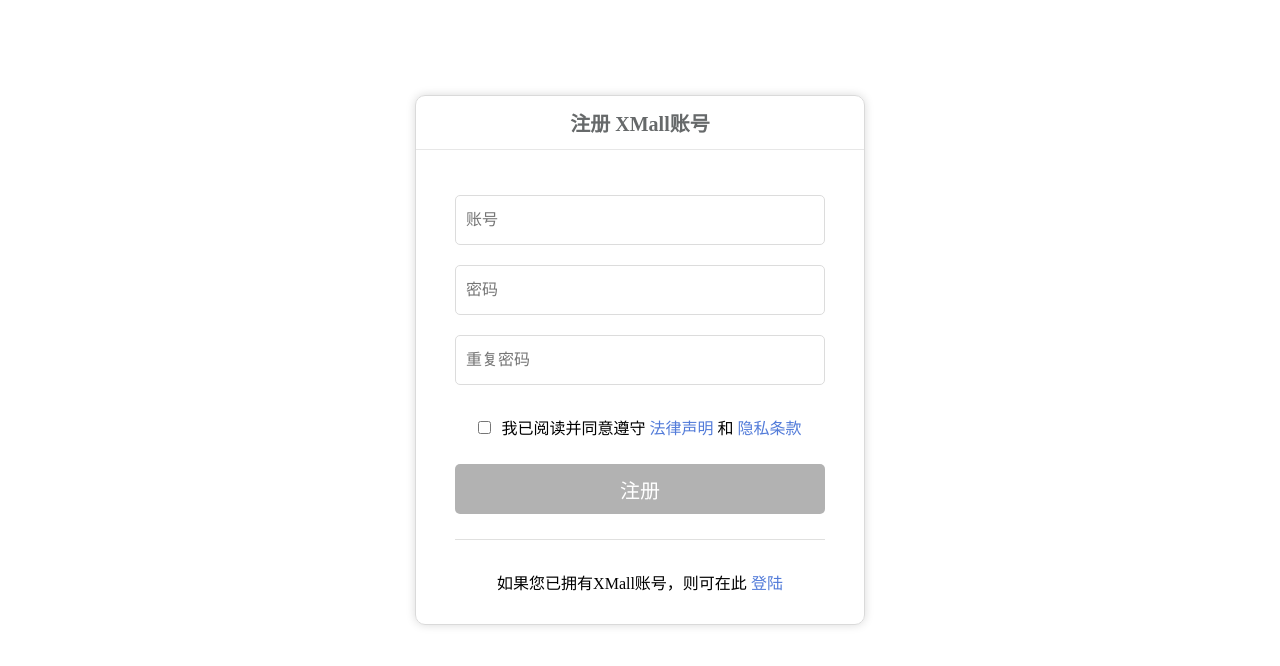
Repository: dingqihui1997/xmall-demo
Page: /register
These files come from the project's save history. The page is drawn as it stood at one moment and after the next save; the edit follows.
The browser window is 1280 px wide. The pictures show the whole page.
The project was rebuilt for these pictures with package versions that can differ from the ones it lists, and the page was loaded fresh each time. Also part of the build but not shown: vue.config.js, src/views/Home.vue.

Above is the page before, as saved 2021-06-29 16:21:45.

After the next save:
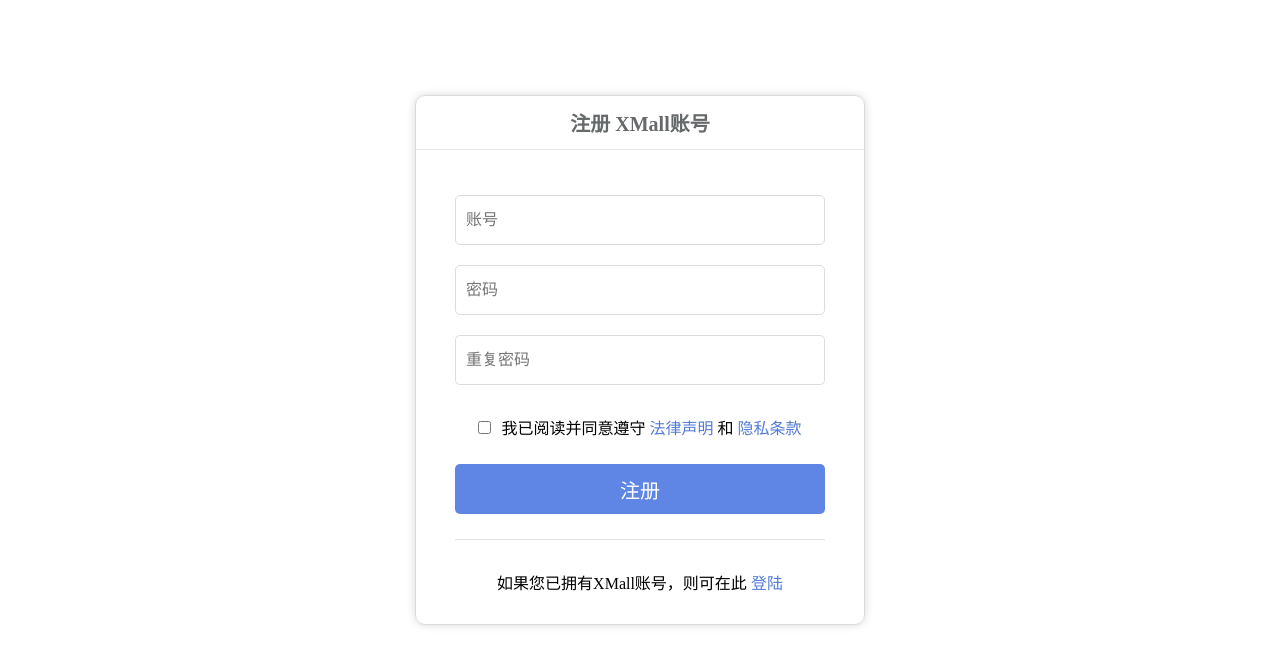
Saved 2 min 3 s later.
--- a/src/components/register/Register.vue
+++ b/src/components/register/Register.vue
@@ -116,10 +116,7 @@
   border: none;
   color: #fff;
   font-size: 20px;
-  background-color: #5f86e4;
-  &:hover {
-    background-color: #6283cf;
-  }
+  background-color: #b2b2b2;
 }
 
 span {
@@ -146,6 +143,9 @@
   padding: 30px 0;
 }
 .back {
-  background-color: #b2b2b2;
+  background-color: #5f86e4;
+  &:hover {
+    background-color: #6283cf;
+  }
 }
 </style>

After the save that followed:
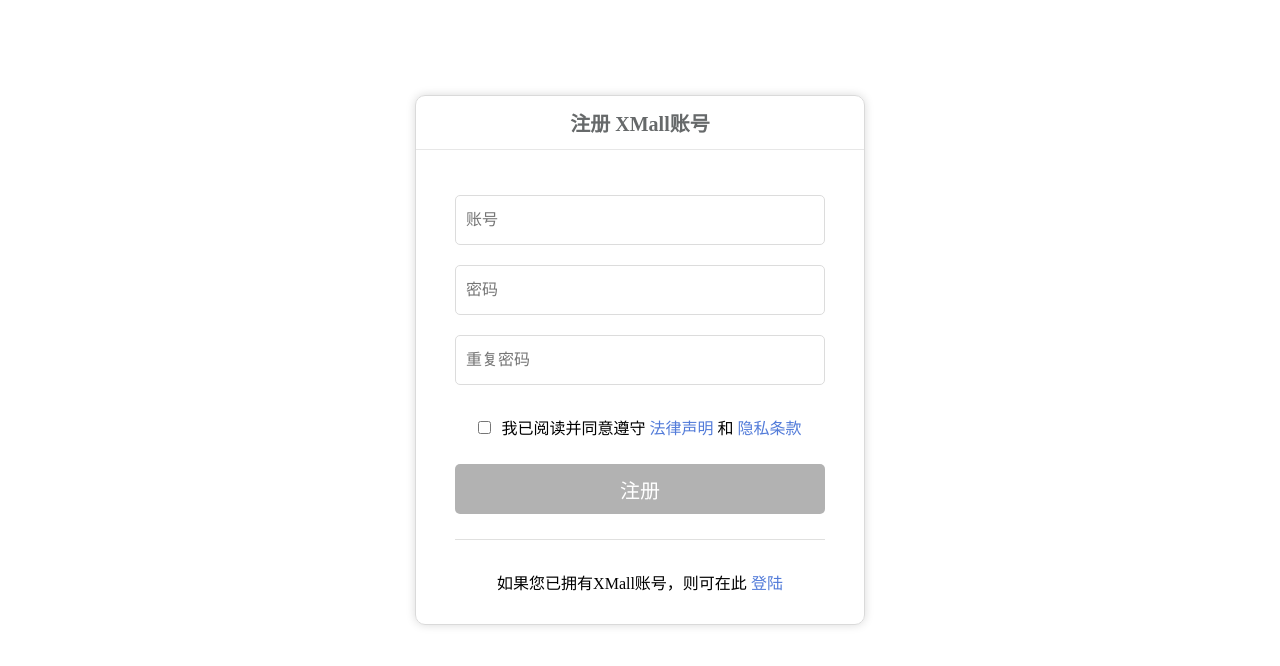
Saved 8 s later.
--- a/src/components/register/Register.vue
+++ b/src/components/register/Register.vue
@@ -32,7 +32,7 @@
       </div>
       <div class="flex-ja regis">
         <!-- 动态绑定属性，最先是true禁用状态 -->
-        <button :disabled="flag" :class="{ back: flag === true }">注册</button>
+        <button :disabled="flag" :class="{ back: flag === false }">注册</button>
       </div>
       <div class="flex-ja">
         <div class="bottom flex-ja">
